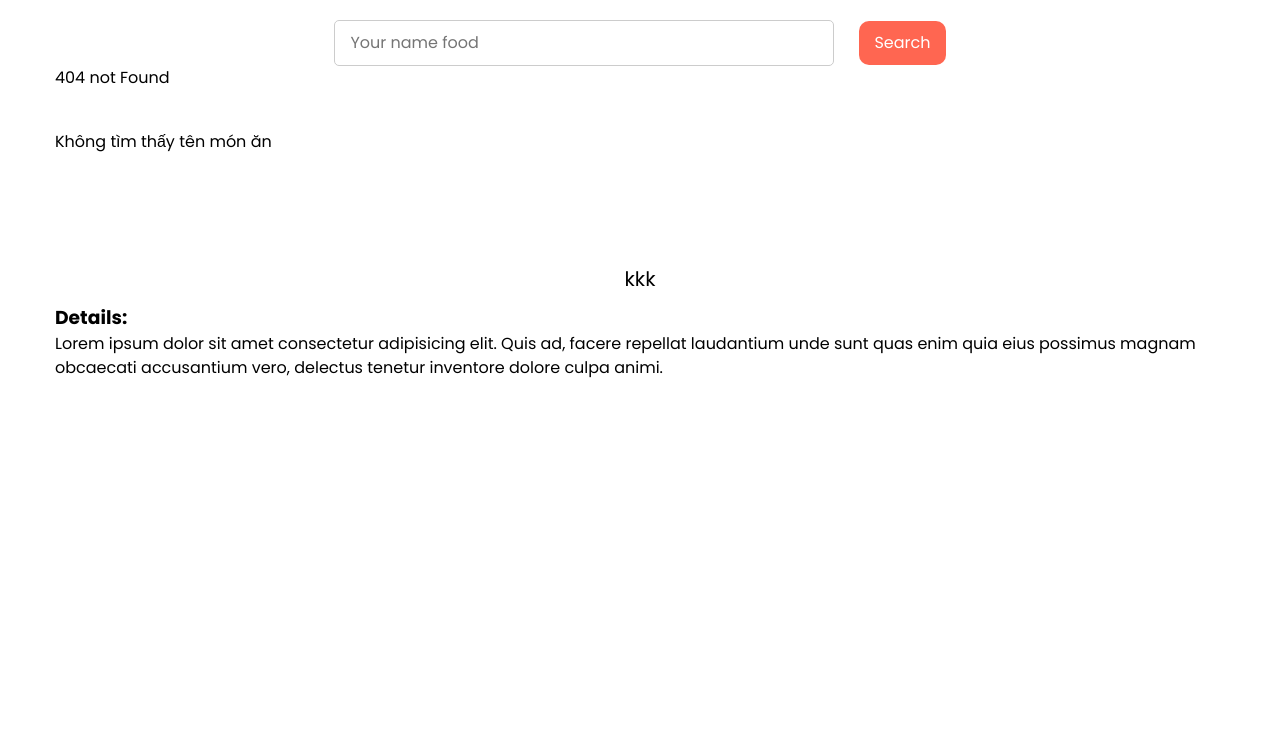
Repository: hoang0508/ReactJsDevWork
Page: /
The author's editor kept a copy of each file at every save. The page is drawn from the files as they stood at one save, then again after the next save.
The browser window is 1280 px wide. The pictures show the whole page.
The page's requests for data from a server got no answer. The project was rebuilt for these pictures with package versions that can differ from the ones it lists, and the page was loaded fresh each time. No one was signed in, and anything a server would have sent is missing.

Above is the page before, as saved 2022-02-05 22:52:54.

After the next save:
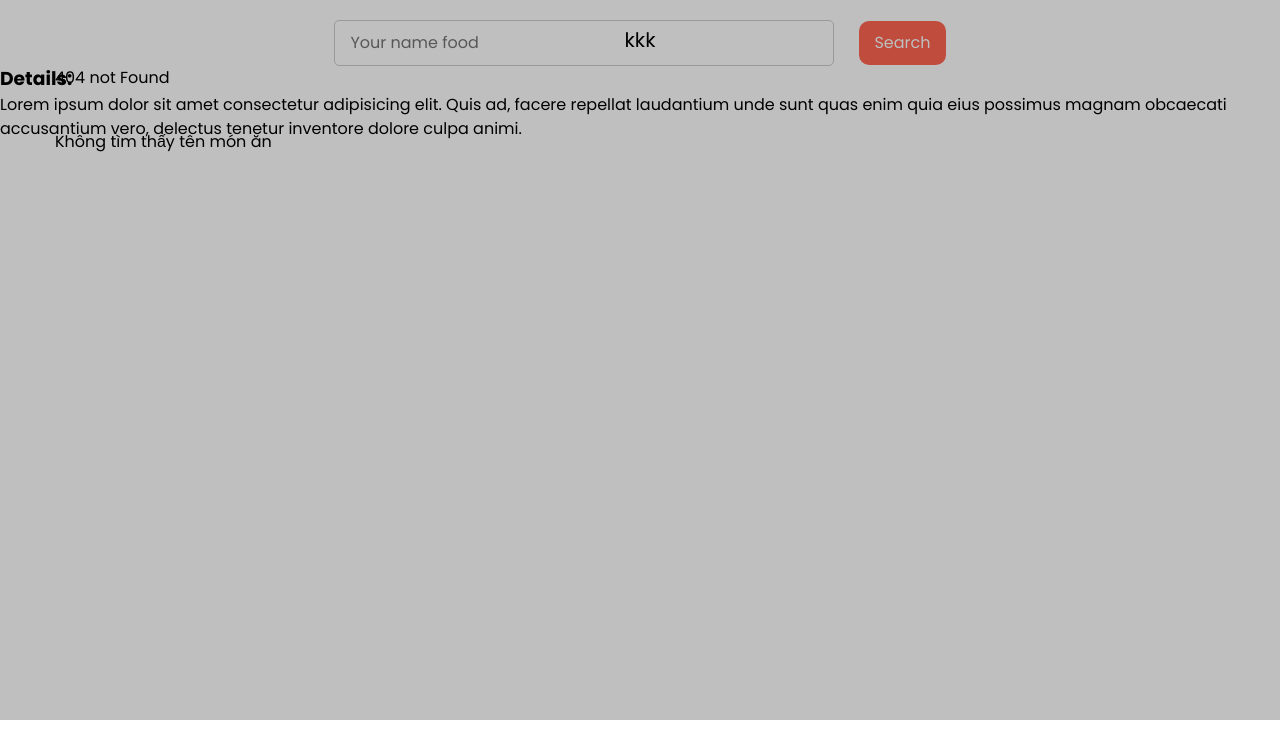
Saved 31 s later.
--- a/src/components/FoodApi/Food.scss
+++ b/src/components/FoodApi/Food.scss
@@ -87,4 +87,13 @@
       transform: rotate(360deg);
     }
   }
+  &-modal {
+    position: fixed;
+    top: 0;
+    left: 0;
+    right: 0;
+    bottom: 0;
+    z-index: 999999;
+    background-color: rgba(0, 0, 0, 0.25);
+  }
 }
